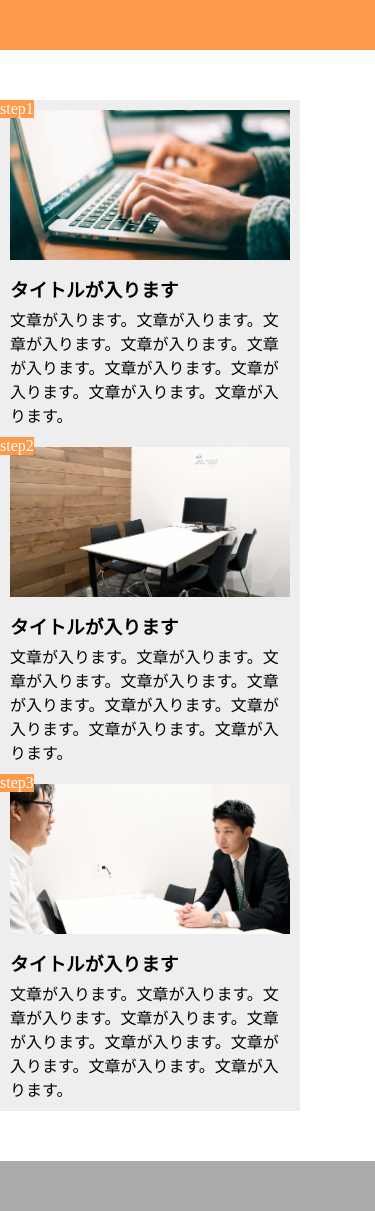
Repository: ochi11/html-practice
Page: exe9/index9.html
The author's editor kept a record of every edit. The page is drawn from the files as they stood at one moment, then again after the next edit.
The browser window is 375 px wide. The pictures show the whole page.

Above is the page before.

### exe9/index9.html
<!DOCTYPE html>
<html lang="ja">
  <head>
    <meta charset="UTF-8" />
    <meta name="viewport" content="width=device-width,initial-scale=1.0">
    <title>9章演習</title>
    <link rel="stylesheet" href="style9.css" />
  </head>
  <body>
    <header></header>
    <main>
      <div class="step-box">
        <div class="step-img1"></div>
        <span class="step-num">step1</span>
        <h3 class="title">タイトルが入ります</h3>
        <p class="text">
          文章が入ります。文章が入ります。文章が入ります。文章が入ります。文章が入ります。文章が入ります。文章が入ります。文章が入ります。文章が入ります。
        </p>
      </div>

      <div class="step-box">
        <div class="step-img2"></div>
        <span class="step-num">step2</span>
        <h3 class="title">タイトルが入ります</h3>
        <p class="text">
          文章が入ります。文章が入ります。文章が入ります。文章が入ります。文章が入ります。文章が入ります。文章が入ります。文章が入ります。文章が入ります。
        </p>
      </div>

      <div class="step-box">
        <div class="step-img3"></div>
        <span class="step-num">step3</span>
        <h3 class="title">タイトルが入ります</h3>
        <p class="text">
          文章が入ります。文章が入ります。文章が入ります。文章が入ります。文章が入ります。文章が入ります。文章が入ります。文章が入ります。文章が入ります。
        </p>
      </div>
    </main>
    <footer></footer>
  </body>
</html>

### exe9/style9.css
* {
  box-sizing: border-box;
  margin: 0;
  padding: 0;
}

header {
  height: 50px;
  background-color: #ff9a4b;
}

main {
  width: 960px;
  margin: 50px auto;
  display: flex;
}

.step-box {
  width: 300px;
  margin-right: 30px;
  padding: 10px;
  position: relative;
  background-color: #eee;
}

.step-box:last-child {
  margin-right: 0;
}

.step-img1 {
  height: 150px;
  background-image: url(img/flow01.png);
  background-position: bottom;
  background-size: cover;
}

.step-img2 {
  height: 150px;
  background-image: url(img/flow02.png);
  background-position: bottom;
  background-size: cover;
}

.step-img3 {
  height: 150px;
  background-image: url(img/flow03.png);
  background-position: bottom;
  background-size: cover;
}

.step-num {
  position: absolute;
  top: 0;
  left: 0;
  background-color: #ff9a4b;
  color: #fff;
}

.title {
  margin: 15px 0 5px;
}

footer {
  height: 50px;
  background-color: #aaa;
}

@media screen and (max-width: 425px) {
  header {
    width: 100%;
    height: 50px;
  }

  main {
    width: 100%;
    margin: 50px auto;
    display: block;
  }


}

After the next edit:
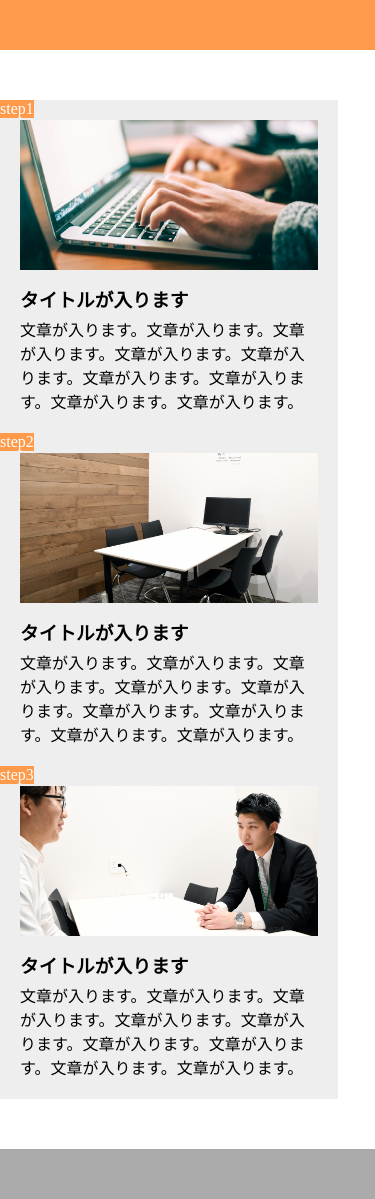
The edit:
--- a/exe9/style9.css
+++ b/exe9/style9.css
@@ -77,5 +77,10 @@
     display: block;
   }
 
+  .step-box {
+    width: 90%;
+    padding: 20px;
+  }
+
 
 }
